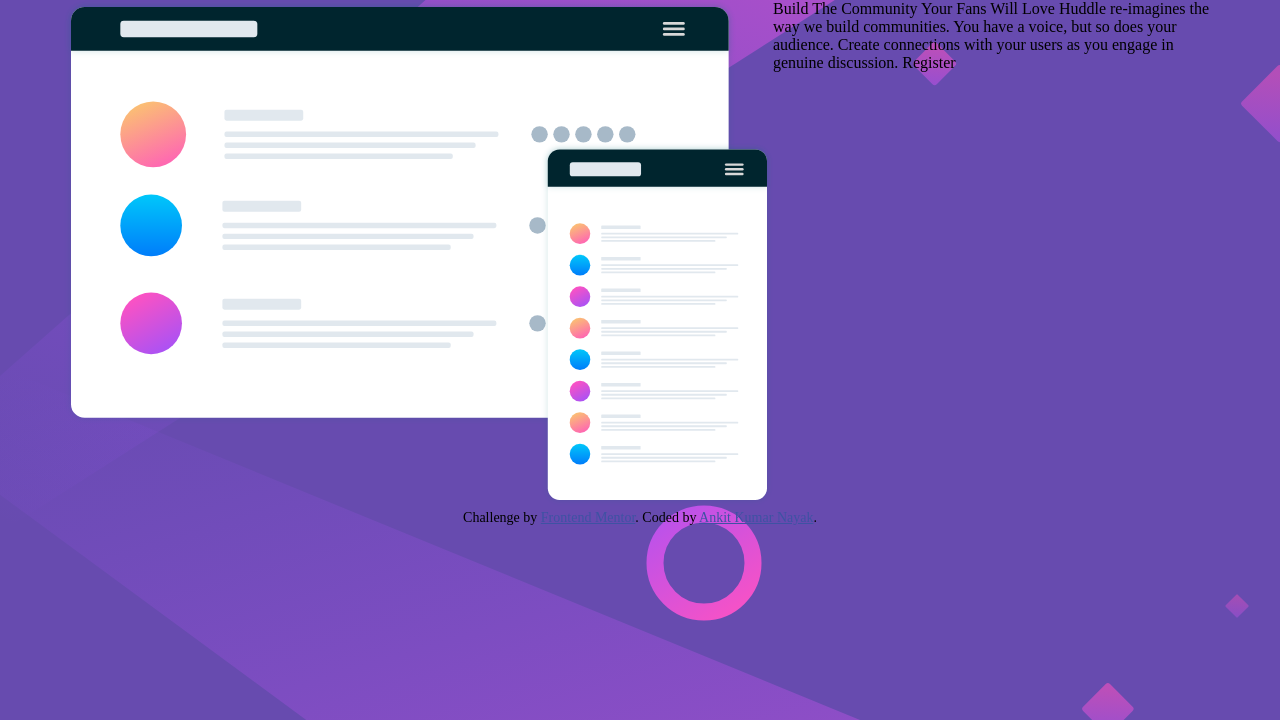
Repository: ankitnayak09/FrontEndMentor-Solutions
Page: huddle-landing-page-with-single-introductory-section-master/index.html
An editor plug-in stored every save of this project. The page is shown before and after the next save, followed by the edit.
The browser window is 1280 px wide. The pictures show the whole page.

Above is the page before, as saved 2021-07-07 18:26:11.

### huddle-landing-page-with-single-introductory-section-master/index.html
<!DOCTYPE html>
<html lang="en">

<head>
  <meta charset="UTF-8">
  <meta name="viewport" content="width=device-width, initial-scale=1.0">
  <!-- displays site properly based on user's device -->

  <link rel="icon" type="image/png" sizes="32x32" href="./images/favicon-32x32.png">

  <title>Frontend Mentor | Huddle landing page with single introductory section</title>

  <!-- Feel free to remove these styles or customise in your own stylesheet 👍 -->
  <style>
    .attribution {
      font-size: 14px;
      text-align: center;
    }

    .attribution a {
      color: hsl(228, 45%, 44%);
    }
  </style>
  <link rel="stylesheet" href="style.css">
</head>

<body>
  <div class="container">
    <main>
    <div class="right-col">
      <img src="images/illustration-mockups.svg" alt="">
    </div>
    <div class="left-col">
      Build The Community Your Fans Will Love

      Huddle re-imagines the way we build communities. You have a voice, but so does your audience.
      Create connections with your users as you engage in genuine discussion.

      Register
    </div>
  </main>
    <footer>
      <p class="attribution">
        Challenge by <a href="https://www.frontendmentor.io?ref=challenge" target="_blank">Frontend Mentor</a>.
        Coded by <a href="https://github.com/ankitnayak09">Ankit Kumar Nayak</a>.
      </p>
    </footer>
  </div>
</body>

</html>

### huddle-landing-page-with-single-introductory-section-master/style.css
* {
    margin: 0;
    padding: 0;
    box-sizing: border-box;
}

.container {
    height: 100vh;
    width: 100vw;
    margin: auto;
    background-image: url(images/bg-desktop.svg);
    background-color: hsl(257, 40%, 49%);
    padding: 0 5%;
}
main {
    display: flex;
}


@media only screen and (max-width:375px) {

}

After the next save:
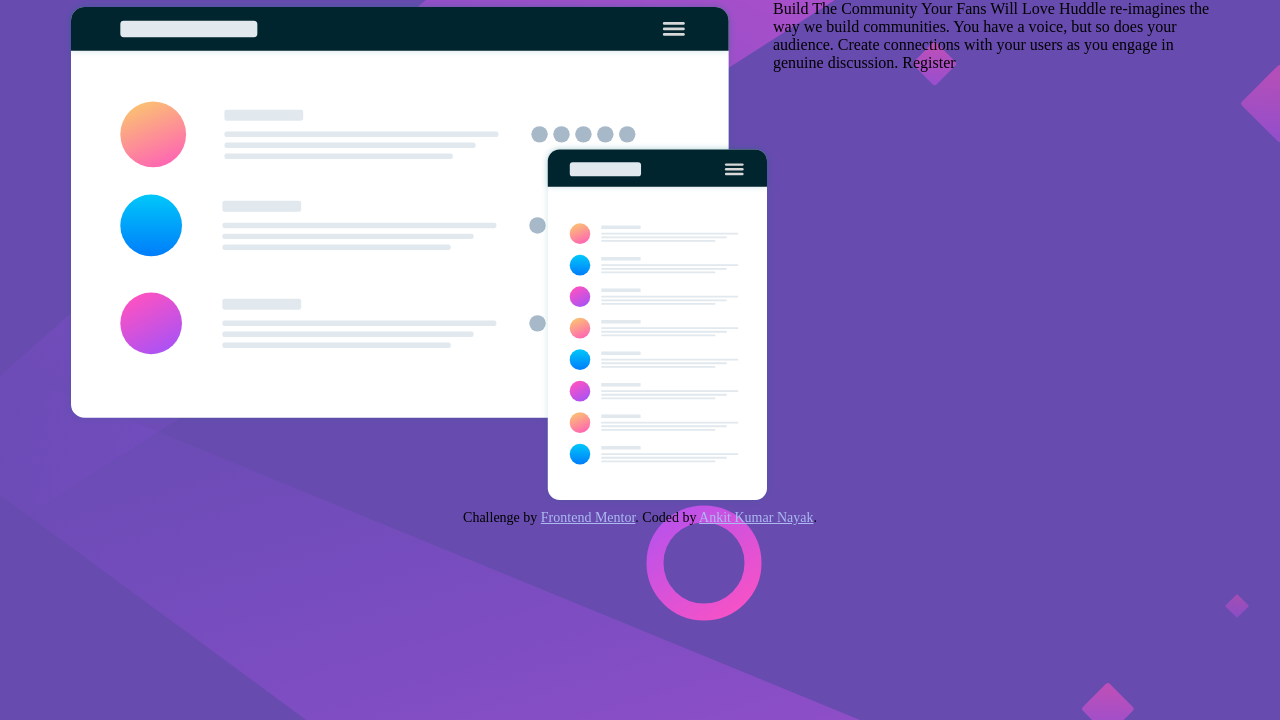
Saved 21 s later.
--- a/huddle-landing-page-with-single-introductory-section-master/index.html
+++ b/huddle-landing-page-with-single-introductory-section-master/index.html
@@ -18,7 +18,7 @@
     }
 
     .attribution a {
-      color: hsl(228, 45%, 44%);
+      color: hsl(228, 71%, 81%);
     }
   </style>
   <link rel="stylesheet" href="style.css">
